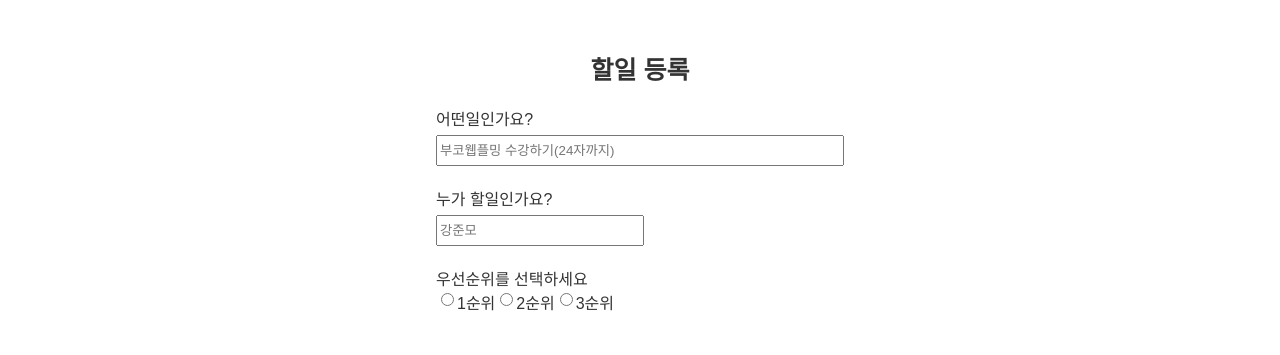
Repository: JmKanmo/BoostCourse_WebProgramming
Page: http://localhost/Todo/TodoFormServlet
An editor plug-in stored every save of this project. The page is shown before and after the next save, followed by the edit.
The browser window is 1280 px wide. The pictures show the whole page.
The page is served by Tomcat 9. Other server files are loaded and not shown.

Above is the page before, as saved 2020-01-20 23:46:55.

### Todo/src/main/webapp/todoForm.jsp
<%@ page language="java" contentType="text/html; charset=UTF-8"
	pageEncoding="UTF-8"%>
<!DOCTYPE html>
<html>
<head>
<meta charset="UTF-8">
<title>Insert title here</title>
<link rel="stylesheet" href="./css/todoForm.css">
</head>

<body>
	<div class="wrap">
		<form action="">
			<h1 class="title">할일 등록</h1>

			<div class="work_box">
				<label for="work">어떤일인가요?</label> <input type="text" id="work"
					class="workInput" placeholder="부코웹플밍 수강하기(24자까지)" required />
			</div>

			<div class="who_box">
				<label for="who">누가 할일인가요?</label> <input type="text" id="who"
					class="whoInput" placeholder="강준모" required />
			</div>

			<div class="priority_box clear_fix">
				<label for="priority_1th">우선순위를 선택하세요</label>

				<div class="priority clear_fix">
					<input type="radio" id="priority_1th" name="priority" value="1th">
					<label for="priority_1th">1순위</label>
				</div>

				<div class="priority clear_fix">
					<input type="radio" id="priority_2th" name="priority" value="2th">
					<label for="priority_2th">2순위</label>
				</div>

				<div class="priority clear_fix">
					<input type="radio" id="priority_3th" name="priority" value="3th">
					<label for="priority_3th">3순위</label>
				</div>
			</div>


		</form>
	</div>
</body>
</html>

### Todo/src/main/java/Todo/TodoFormServlet.java
package Todo;

import java.io.IOException;

import javax.servlet.RequestDispatcher;
import javax.servlet.ServletException;
import javax.servlet.annotation.WebServlet;
import javax.servlet.http.HttpServlet;
import javax.servlet.http.HttpServletRequest;
import javax.servlet.http.HttpServletResponse;

/**
 * Servlet implementation class TodoFormServlet
 */
@WebServlet("/TodoFormServlet")
public class TodoFormServlet extends HttpServlet {
	private static final long serialVersionUID = 1L;

	/**
	 * @see HttpServlet#HttpServlet()
	 */
	public TodoFormServlet() {
		super();
		// TODO Auto-generated constructor stub
	}

	/**
	 * @see HttpServlet#doGet(HttpServletRequest request, HttpServletResponse
	 *      response)
	 */
	protected void doGet(HttpServletRequest request, HttpServletResponse response)
			throws ServletException, IOException {
		// TODO Auto-generated method stub
		RequestDispatcher requestDispatcher = getServletContext().getRequestDispatcher("/todoForm.jsp");
		requestDispatcher.forward(request, response);
	}

}

### Todo/src/main/webapp/css/todoForm.css
@charset "utf-8";

/* 초기화 */
html, body, h1, h2, h3, ul, ol, p, a, dl, dt, dd, figure {
	margin: 0;
	padding: 0;
	font-family: '나눔 고딕', NanumGothic, '돋움', Dotum, sans-serif;
	list-style: none;
	font-weight: normal;
	text-decoration: none;
	outline: none;
	color: #333;
}

.clear_fix::after {
	display: block;
	content: "";
	clear: both;
}

.blind {
	position: absolute;
	clip: rect(0, 0, 0, 0);
	width: 1px;
	height: 1px;
	margin: -1px;
	overflow: hidden;
}

.wrap {
	width: max-content;
	margin: 50px auto;
}

.wrap .title {
	font-size: 25px;
	text-align: center;
	font-weight: bold;
	text-align: center;
}

.work_box, .who_box, .priority_box {
	margin-top: 20px;
}

.work_box input {
	width: 400px;
	height: 25px;
	margin-top:5px;
}

.wrap label {
	display: block;
}

.who_box input {
	margin-top:5px;
	height: 25px;
	width: 200px;
}

.priority_box .priority {
	float: left;
}

.priority label, .priority input {
	float: left;
}

After the next save:
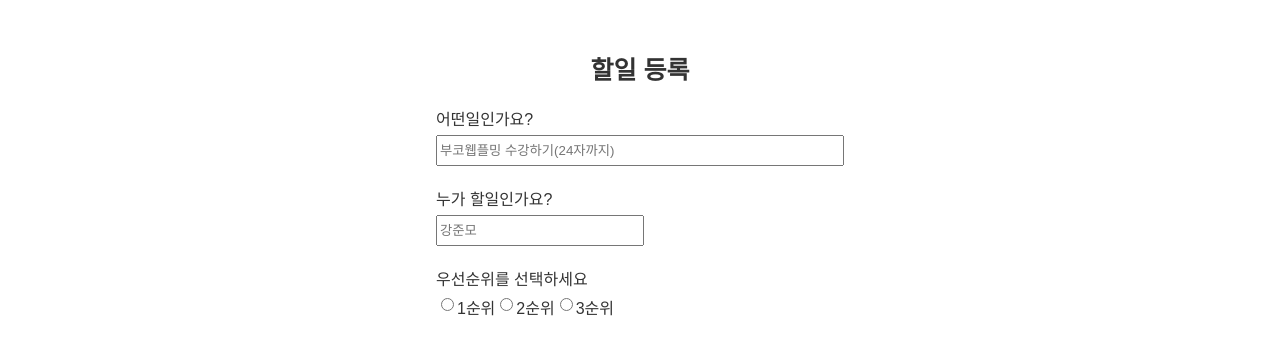
Saved 4 min 0 s later.
--- a/Todo/src/main/webapp/css/todoForm.css
+++ b/Todo/src/main/webapp/css/todoForm.css
@@ -60,6 +60,7 @@ html, body, h1, h2, h3, ul, ol, p, a, dl, dt, dd, figure {
 }
 
 .priority_box .priority {
+	margin-top:5px;
 	float: left;
 }
 
